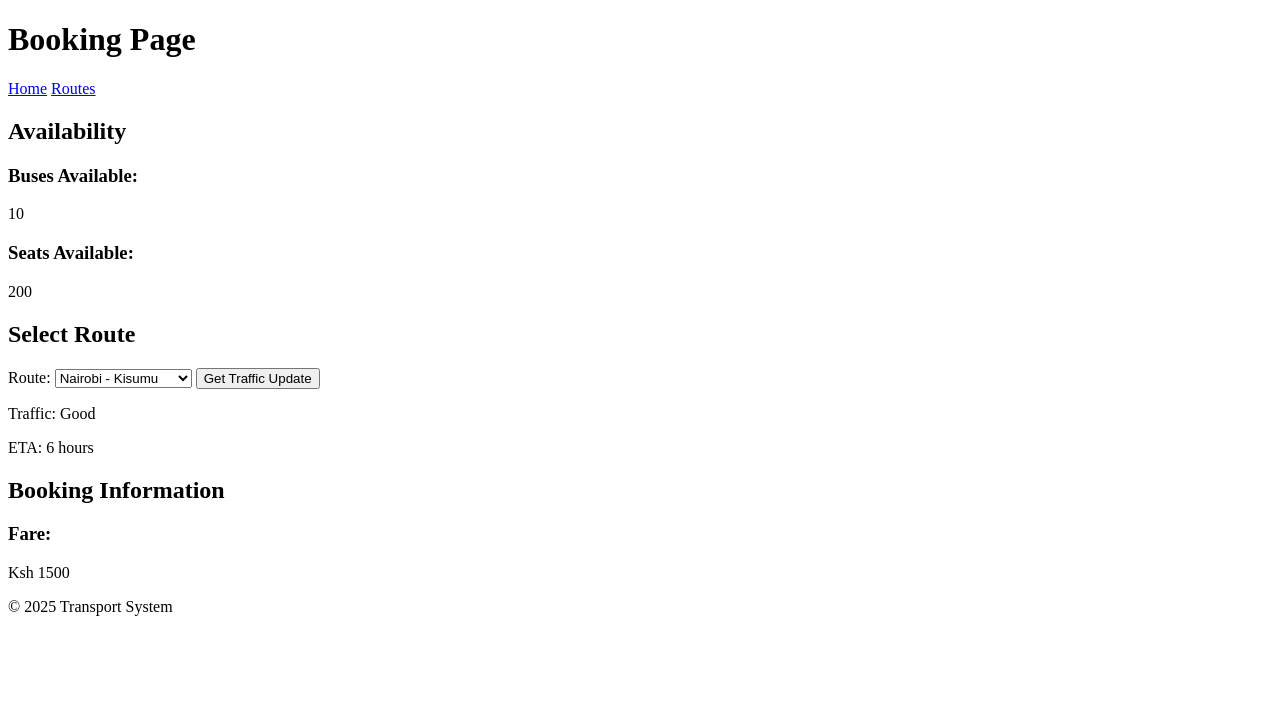
Repository: Ndegwa2/Smart-Transport-System
Page: client/booking.html
The author's editor kept a copy of each file at every save. The page is drawn from the files as they stood at one save, then again after the next save.
The browser window is 1280 px wide. The pictures show the whole page.

Above is the page before, as saved 2025-04-01 21:06:32.
Console error: TypeError: Cannot set properties of null (setting 'innerHTML')

### client/booking.html
<!DOCTYPE html>
<html lang="en">
<head>
    <meta charset="UTF-8">
    <meta name="viewport" content="width=device-width, initial-scale=1.0">
    <title>Booking</title>
</head>
<body>
    <header>
            <h1>Booking Page</h1>
            <a href="../client/landing page.html">Home</a>
            <a href="../routes.html">Routes</a>
        </header>
    <main>
        <section id="availability">
            <h2>Availability</h2>
            <div class="card">
                <h3>Buses Available:</h3>
                <p id="buses-available">10</p>
            </div>
            <div class="card">
                <h3>Seats Available:</h3>
                <p id="seats-available">200</p>
            </div>
        </section>
        <section id="route-selection">
            <h2>Select Route</h2>
            <form id="route-form">
                <label for="route">Route:</label>
                <select id="route" name="route">
                    <option value="Nairobi-Kisumu">Nairobi - Kisumu</option>
                    <option value="Nairobi-Mombasa">Nairobi - Mombasa</option>
                    <option value="Kisumu-Mombasa">Kisumu - Mombasa</option>
                </select>
                <button type="submit">Get Traffic Update</button>
            </form>
            <div id="traffic-update">
                <p>Traffic: Good</p>
                <p>ETA: 6 hours</p>
            </div>
        </section>
        <section id="booking-info">
            <h2>Booking Information</h2>
            <div class="card">
                <h3>Fare:</h3>
                <p id="fare">Ksh 1500</p>
            </div>
        </section>
    </main>
    <footer>
        <p>&copy; 2025 Transport System</p>
    </footer>
    <script src="script.js"></script>
</body>
</html>

### client/script.js
const routesData = [
  {
  route: "Nairobi - Kisumu",
  time: "8:00 AM",
  availableBuses: 5,
  availableSeats: 20,
  occupiedSeats: 30
  },
  {
  route: "Nairobi - Mombasa",
  time: "9:00 AM",
  availableBuses: 3,
  availableSeats: 10,
  occupiedSeats: 40
  }
 ];

 function displayRoutes() {
  const routesSection = document.getElementById("routes");
  let routesHTML = "<ul>";
  routesData.forEach(route => {
  routesHTML += `<li>${route.route} - ${route.time} - Available Buses: ${route.availableBuses}</li>`;
  });
  routesHTML += "</ul>";
  routesSection.innerHTML = routesHTML;
 }

 function displayAnalytics() {
  if (isAdmin()) {
  const busAnalyticsSection = document.getElementById("bus-analytics");
  const seatAnalyticsSection = document.getElementById("seat-analytics");

  let totalAvailableBuses = 0;
  let totalAvailableSeats = 0;
  let totalOccupiedSeats = 0;

  routesData.forEach(route => {
  totalAvailableBuses += route.availableBuses;
  totalAvailableSeats += route.availableSeats;
  totalOccupiedSeats += route.occupiedSeats;
  });

  busAnalyticsSection.innerHTML = `<p>Total Available Buses: ${totalAvailableBuses}</p>`;
  seatAnalyticsSection.innerHTML = `<p>Total Available Seats: ${totalAvailableSeats}</p><p>Total Occupied Seats: ${totalOccupiedSeats}</p>`;
  } else {
  const analyticsSection = document.getElementById("analytics");
  analyticsSection.innerHTML = "<p>Analytics available to admins only.</p>";
  }
 }

 function isAdmin() {
  // Replace with actual authentication check
  return true;
 }

 displayRoutes();
 displayAnalytics();

### client/styles.css
body {
    font-family: sans-serif;
    margin: 0;
    padding: 0;
    background-color: #fff;
    color: #333;
}

header {
    background-color: #fff;
    padding: 20px;
    display: flex;
    justify-content: space-between;
    align-items: center;
    box-shadow: 0 2px 5px rgba(0, 0, 0, 0.1);
}

.logo img {
    height: 50px;
}

nav ul {
    list-style: none;
    margin: 0;
    padding: 0;
    display: flex;
}

nav li {
    margin-right: 20px;
}

nav a {
    text-decoration: none;
    color: #333;
    font-weight: bold;
    transition: color 0.3s ease;
}

nav a:hover {
    color: orange;
}

.account {
    display: flex;
    align-items: center;
}

.sign-in-out button {
    background-color: orange;
    color: #fff;
    border: none;
    padding: 10px 20px;
    margin-right: 10px;
    border-radius: 5px;
    cursor: pointer;
    transition: background-color 0.3s ease;
}

.sign-in-out button:hover {
    background-color: #d97706;
}

.account-icon img {
    height: 30px;
    border-radius: 50%;
}

main {
    padding: 50px;
    text-align: center;
}

.hero h1 {
    font-size: 3em;
    color: orange;
    margin-bottom: 20px;
}

.hero p {
    font-size: 1.2em;
    line-height: 1.5;
}

footer {
    background-color: #333;
    color: #fff;
    text-align: center;
    padding: 20px;
}

.mission-vision-contacts {
    display: flex;
    justify-content: space-around;
    margin-top: 20px;
}

.card {
    width: 30%;
    padding: 20px;
    border: 1px solid #ddd;
    border-radius: 10px;
    text-align: left;
    transition: transform 0.3s ease;
}

.card:hover {
    transform: translateY(-5px);
    box-shadow: 0 4px 8px rgba(0, 0, 0, 0.2);
}

.slideshow {
    margin-top: 15px;
}

.slideshow-container {
    display: flex;
    flex-wrap: wrap;
}

.slide {
    width: 30%;
    margin: 10px;
    border: 1px solid #ddd;
    border-radius: 5px;
    box-shadow: 0 2px 5px rgba(0, 0, 0, 0.1);
    flex-shrink: 0;
    transition: transform 0.5s ease-in-out;
}

.slide img {
    width: 100%;
    height: 100%;
    object-fit: cover;
}

.about-us {
    margin-top: 15px;
    text-align: justify;
    padding: 20px;
    border: 1px solid #ddd;
    border-radius: 5px;
    box-shadow: 0 2px 5px rgba(0, 0, 0, 0.1);
    width: 100%;
    box-sizing: border-box;
}

.routes {
    margin-top: 20px;
    text-align: left;
}

.routes ul {
    list-style: none;
    padding: 0;
}

.routes li {
    margin-bottom: 10px;
}

.route-list {
    display: flex;
    justify-content: space-around;
    list-style: none;
    padding: 0;
}

.route-list li {
    text-align: center;
}

.route-list img {
    width: 100%;
    height: 200px;
    object-fit: cover;
    border-radius: 5px;
    box-shadow: 0 2px 5px rgba(0, 0, 0, 0.3);
    transition: transform 0.3s ease;
}

.route-list img:hover {
    transform: scale(1.1);
}

.route-list span {
    display: block;
    margin-top: 5px;
    font-weight: bold;
}

After the next save:
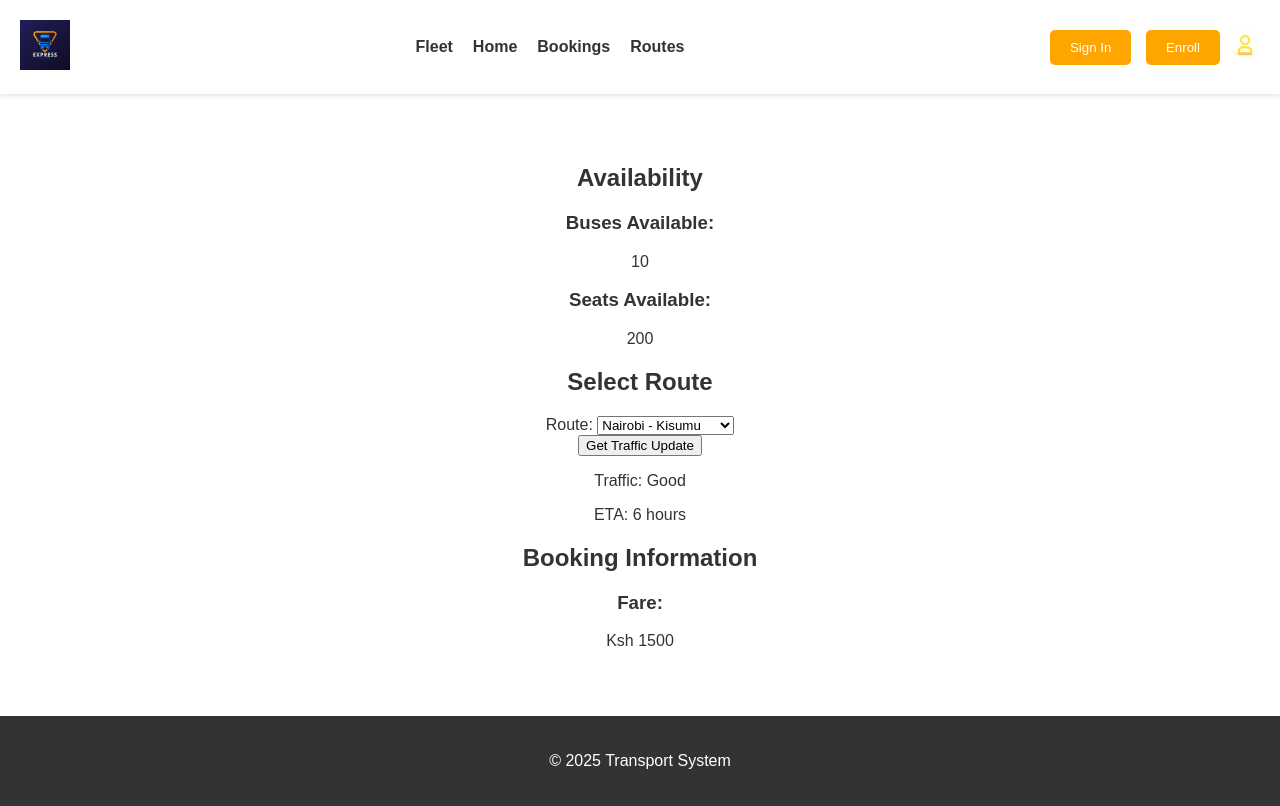
Saved 31 s later.
--- a/client/booking.html
+++ b/client/booking.html
@@ -4,21 +4,64 @@
     <meta charset="UTF-8">
     <meta name="viewport" content="width=device-width, initial-scale=1.0">
     <title>Booking</title>
+    <link rel="stylesheet" href="styles.css">
 </head>
 <body>
     <header>
-            <h1>Booking Page</h1>
-            <a href="../client/landing page.html">Home</a>
-            <a href="../routes.html">Routes</a>
-        </header>
+        <div class="logo">
+            <img src="10550142.jpg" alt="Sacco Logo">
+        </div>
+        <nav>
+            <ul>
+                <li><a href="#">Fleet</a></li>
+                <li><a href="landing page.html">Home</a></li>
+                <li><a href="booking.html">Bookings</a></li>
+                <li><a href="routes.html">Routes</a></li>
+            </ul>
+        </nav>
+        <div class="account">
+            <div class="sign-in-out">
+                <button id="sign-in-button">Sign In</button>
+                <button id="enroll-button">Enroll</button>
+            </div>
+            <div class="account-icon">
+                <img src="user-front-side-with-white-background.jpg" alt="Account">
+            </div>
+
+            <div id="login-form" style="display:none;">
+                <h2>Login Form</h2>
+                <label for="login-email">Email:</label><br>
+                <input type="email" id="login-email" name="login-email"><br><br>
+
+                <label for="login-password">Password:</label><br>
+                <input type="password" id="login-password" name="login-password"><br><br>
+
+                <button id="login-button">Login</button>
+            </div>
+
+            <div id="registration-form" style="display:none;">
+                <h2>Registration Form</h2>
+                <label for="reg-name">Name:</label><br>
+                <input type="text" id="reg-name" name="reg-name"><br><br>
+
+                <label for="reg-email">Email:</label><br>
+                <input type="email" id="reg-email" name="reg-email"><br><br>
+
+                <label for="reg-password">Password:</label><br>
+                <input type="password" id="reg-password" name="reg-password"><br><br>
+
+                <button id="register-button">Register</button>
+            </div>
+        </div>
+    </header>
     <main>
         <section id="availability">
             <h2>Availability</h2>
-            <div class="card">
+            <div>
                 <h3>Buses Available:</h3>
                 <p id="buses-available">10</p>
             </div>
-            <div class="card">
+            <div>
                 <h3>Seats Available:</h3>
                 <p id="seats-available">200</p>
             </div>
@@ -26,12 +69,14 @@
         <section id="route-selection">
             <h2>Select Route</h2>
             <form id="route-form">
-                <label for="route">Route:</label>
-                <select id="route" name="route">
-                    <option value="Nairobi-Kisumu">Nairobi - Kisumu</option>
-                    <option value="Nairobi-Mombasa">Nairobi - Mombasa</option>
-                    <option value="Kisumu-Mombasa">Kisumu - Mombasa</option>
-                </select>
+                <div>
+                    <label for="route">Route:</label>
+                    <select id="route" name="route">
+                        <option value="Nairobi-Kisumu">Nairobi - Kisumu</option>
+                        <option value="Nairobi-Mombasa">Nairobi - Mombasa</option>
+                        <option value="Kisumu-Mombasa">Kisumu - Mombasa</option>
+                    </select>
+                </div>
                 <button type="submit">Get Traffic Update</button>
             </form>
             <div id="traffic-update">
@@ -41,7 +86,7 @@
         </section>
         <section id="booking-info">
             <h2>Booking Information</h2>
-            <div class="card">
+            <div>
                 <h3>Fare:</h3>
                 <p id="fare">Ksh 1500</p>
             </div>
